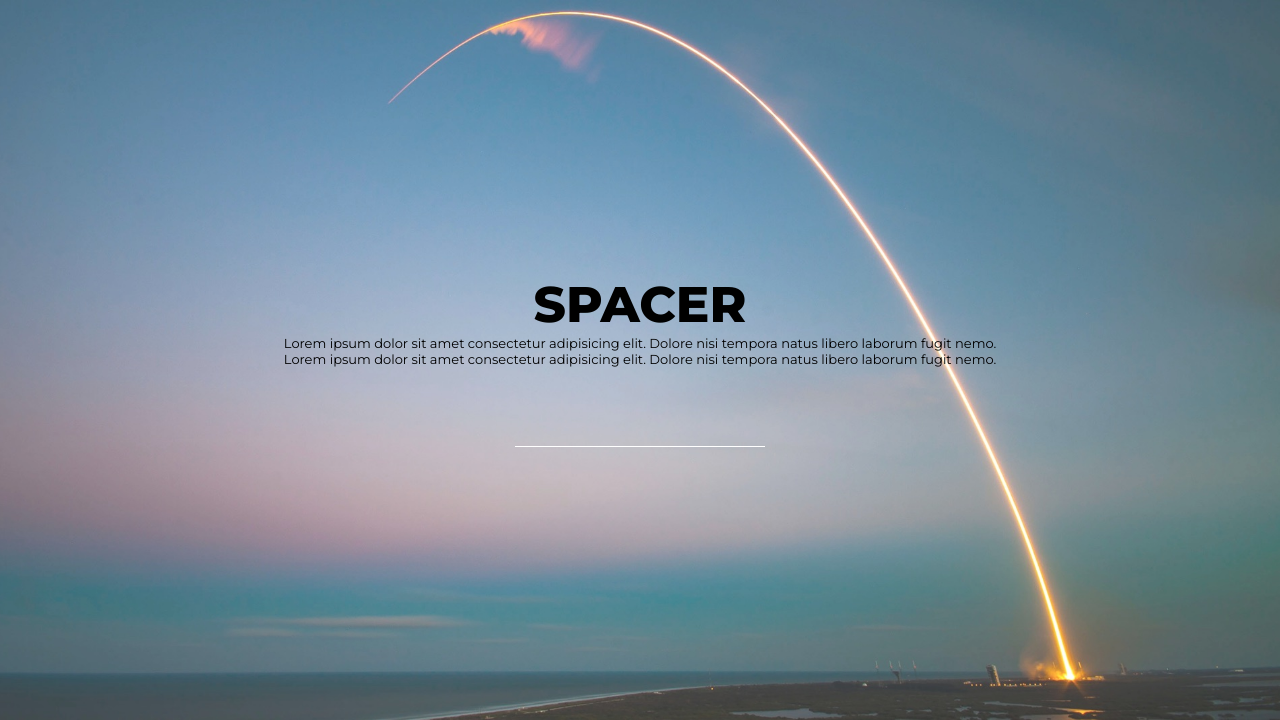
Repository: Trelefele/spacer-roman
Page: /
An editor plug-in stored every save of this project. The page is shown before and after the next save, followed by the edit.
The browser window is 1280 px wide. The pictures show the whole page.
The project was rebuilt for these pictures with package versions that can differ from the ones it lists, and the page was loaded fresh each time.

Above is the page before, as saved 2019-02-05 19:07:47.

After the next save:
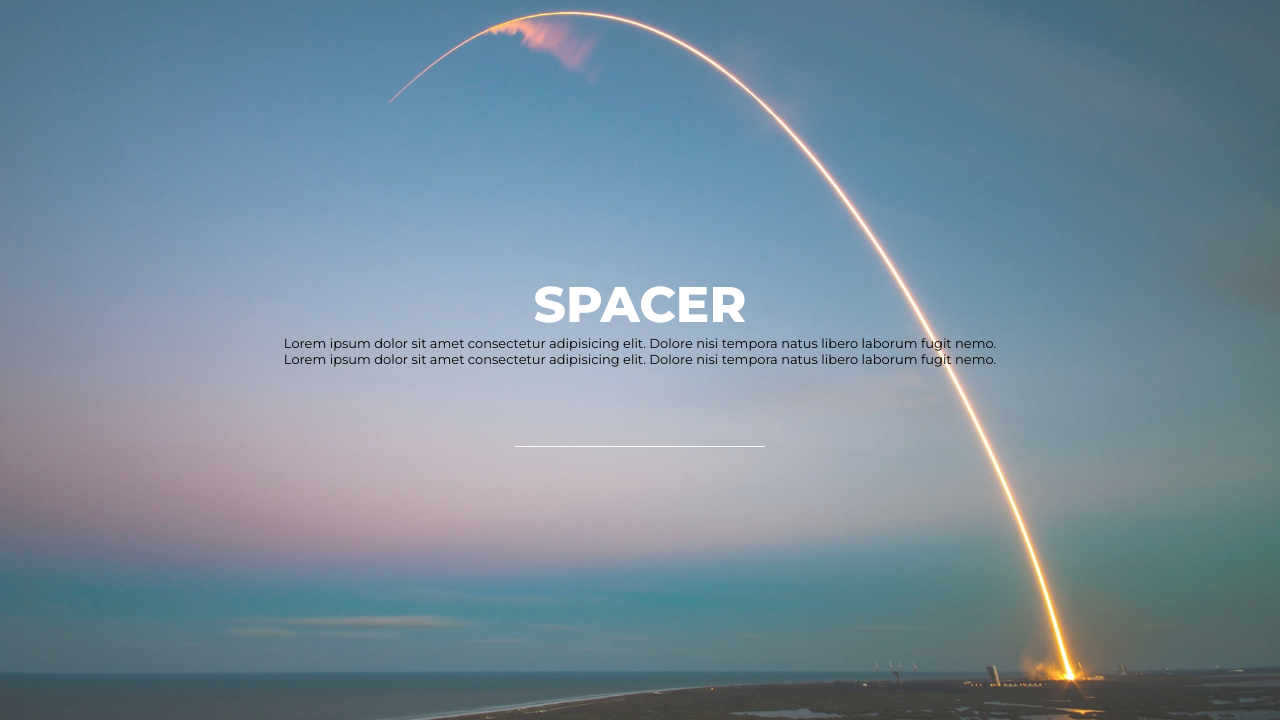
Saved 79 s later.
--- a/src/components/Claim.vue
+++ b/src/components/Claim.vue
@@ -33,6 +33,7 @@ export default {
 .claim{
     font-size: 50px;
     margin: 0;
+    color: white;
 }
 
 .subclaim{
